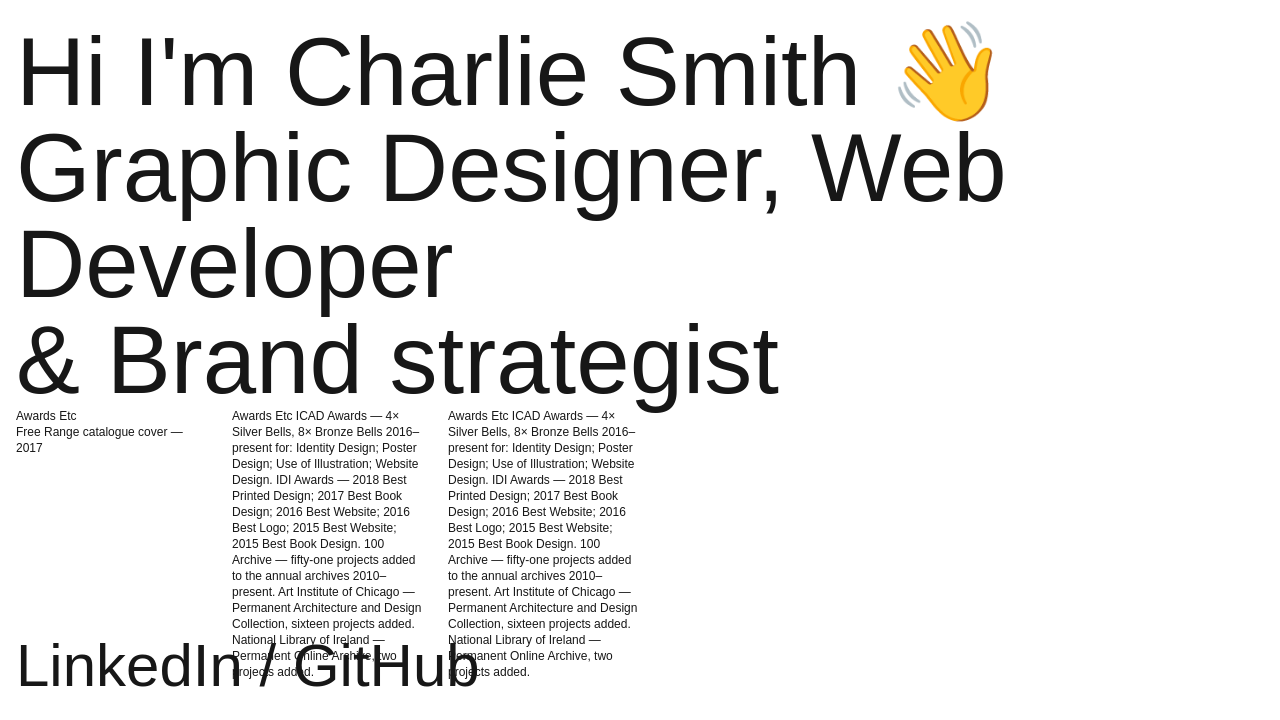
Repository: charlehs/portfolio
Page: /
The author's editor kept a copy of each file at every save. The page is drawn from the files as they stood at one save, then again after the next save.
The browser window is 1280 px wide. The pictures show the whole page.
The project was rebuilt for these pictures with package versions that can differ from the ones it lists, and the page was loaded fresh each time. The framework's server and built-in components were replaced by stand-ins that run in the browser. Also part of the build but not shown: next.config.ts.

Above is the page before, as saved 2025-01-02 18:36:20.

### app/layout.tsx
import type { Metadata } from "next";
import localFont from "next/font/local";
import Nav from "./components/Nav";
import "./globals.css";

const geistSans = localFont({
  src: "./fonts/GeistVF.woff",
  variable: "--font-geist-sans",
  weight: "100 900",
});
const geistMono = localFont({
  src: "./fonts/GeistMonoVF.woff",
  variable: "--font-geist-mono",
  weight: "100 900",
});

export const metadata: Metadata = {
  title: "Create Next App",
  description: "Generated by create next app",
};

export default function RootLayout({
  children,
}: Readonly<{
  children: React.ReactNode;
}>) {
  return (
    <html lang="en">
      <body
        className={`${geistSans.variable} ${geistMono.variable} antialiased`}
      >
        {/* <Nav /> */}
        {children}
      </body>
    </html>
  );
}

### app/page.tsx
import Image from "next/image";

export default function Home() {
  return (
    <div className="px-4 py-6 flex flex-col justify-between h-screen ">
      <main className=" flex flex-col h-[75%] justify-between">
        <div>
          <p className=" text-8xl">
            Hi I'm Charlie Smith 👋
            <br />{" "}
            <span>
              Graphic Designer, Web Developer
              <br /> & Brand strategist
            </span>
          </p>
        </div>
        <div className="grid grid-cols-3  text-xs max-w-[50%] gap-6">
          <p>
            Awards Etc <br />
            Free Range catalogue cover — 2017
          </p>
          <p>
            Awards Etc ICAD Awards — 4× Silver Bells, 8× Bronze Bells
            2016–present for: Identity Design; Poster Design; Use of
            Illustration; Website Design. IDI Awards — 2018 Best Printed Design;
            2017 Best Book Design; 2016 Best Website; 2016 Best Logo; 2015 Best
            Website; 2015 Best Book Design. 100 Archive — fifty-one projects
            added to the annual archives 2010–present. Art Institute of Chicago
            — Permanent Architecture and Design Collection, sixteen projects
            added. National Library of Ireland — Permanent Online Archive, two
            projects added.
          </p>
          <p>
            Awards Etc ICAD Awards — 4× Silver Bells, 8× Bronze Bells
            2016–present for: Identity Design; Poster Design; Use of
            Illustration; Website Design. IDI Awards — 2018 Best Printed Design;
            2017 Best Book Design; 2016 Best Website; 2016 Best Logo; 2015 Best
            Website; 2015 Best Book Design. 100 Archive — fifty-one projects
            added to the annual archives 2010–present. Art Institute of Chicago
            — Permanent Architecture and Design Collection, sixteen projects
            added. National Library of Ireland — Permanent Online Archive, two
            projects added.
          </p>
        </div>
      </main>
      <footer className=" ">
        <p className=" text-6xl">
          <a href="https://linkedin.com/in/charliedev" target={"_blank"}>
            LinkedIn
          </a>{" "}
          /{" "}
          <a href="https://github.com/charlehs" target={"_blank"}>
            GitHub
          </a>
        </p>
      </footer>
    </div>
  );
}

### app/globals.css
@tailwind base;
@tailwind components;
@tailwind utilities;

:root {
  --background: #ffffff;
  --foreground: #171717;
}

@media (prefers-color-scheme: dark) {
  :root {
    --background: #0a0a0a;
    --foreground: #ededed;
  }
}

body {
  color: var(--foreground);
  background: var(--background);
  font-family: Arial, Helvetica, sans-serif;
}

@font-face {
  font-family: "Harmond";
  src: url("/fonts/Harmond-SemiBoldCondensed.otf") format("opentype");
  font-weight: 600; /* Regular */
  font-style: normal;
}

@font-face {
  font-family: "Harmond";
  src: url("/fonts/Harmond-SemBdItaCond.otf") format("opentype");
  font-weight: 600; /* Bold */
  font-style: italic;
}
@font-face {
  font-family: "Harmond";
  src: url("/fonts/Harmond-ExtraBoldExpanded.otf") format("opentype");
  font-weight: 800; /* Bold */
  font-style: normal;
}

.harmond-text {
  font-family: "Harmond", sans-serif;
}

.extra-bold {
  font-family: "Harmond", sans-serif;
  font-weight: 800;
  font-style: normal;
}

Loaded but not shown: tailwind.config.ts (common file)

After the next save:
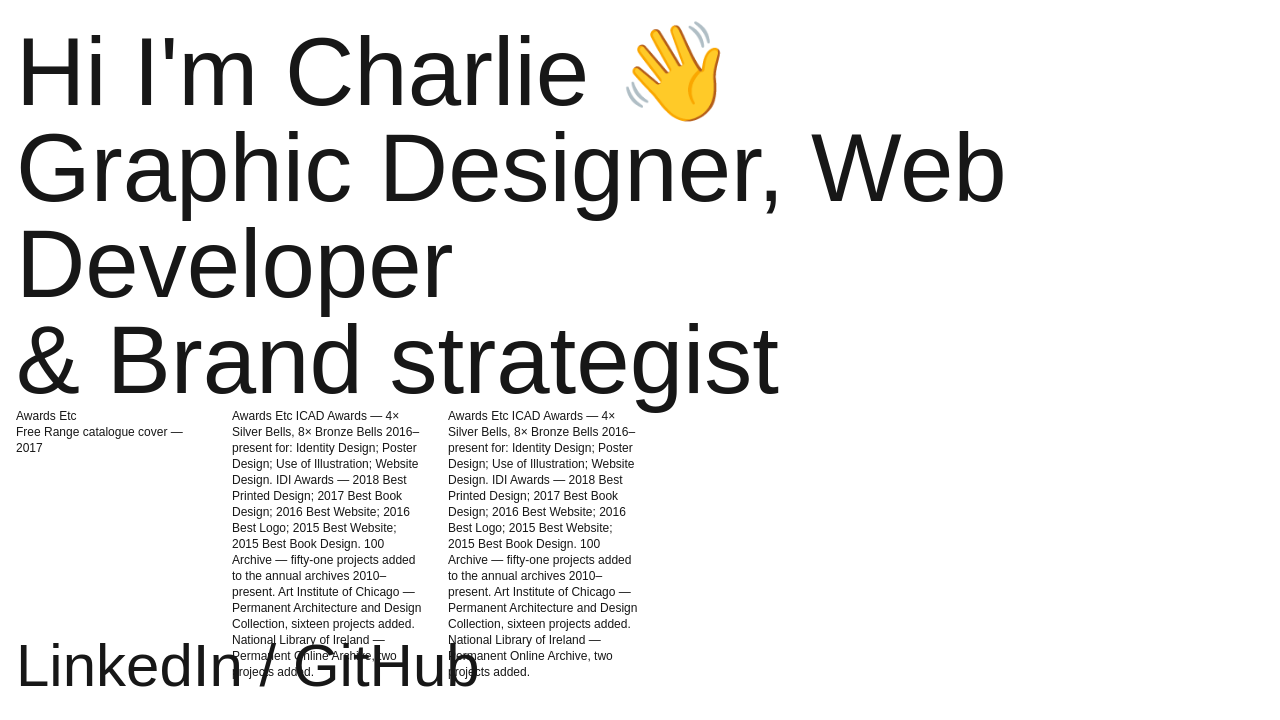
Saved 2 min 28 s later.
--- a/app/page.tsx
+++ b/app/page.tsx
@@ -6,7 +6,7 @@ export default function Home() {
       <main className=" flex flex-col h-[75%] justify-between">
         <div>
           <p className=" text-8xl">
-            Hi I'm Charlie Smith 👋
+            Hi I'm Charlie 👋
             <br />{" "}
             <span>
               Graphic Designer, Web Developer
